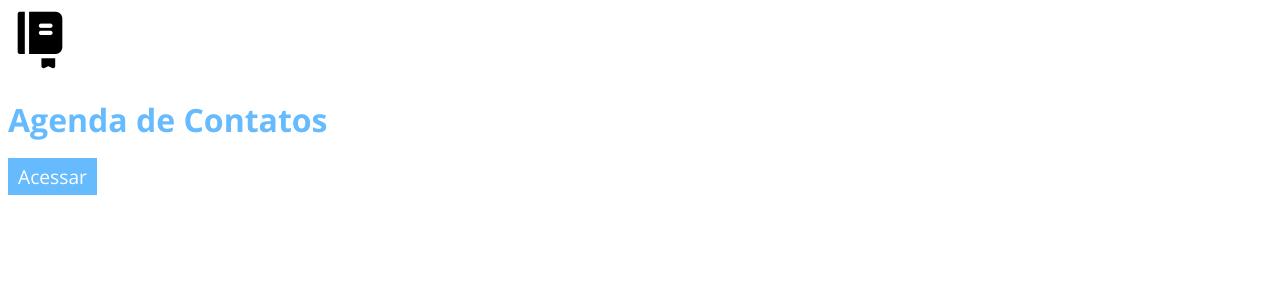
Repository: evanalves/Agenda-JDBC
Page: http://localhost/agenda/
An editor plug-in stored every save of this project. The page is shown before and after the next save, followed by the edit.
The browser window is 1280 px wide. The pictures show the whole page.
The page is served by Tomcat 10.

Above is the page before, as saved 2023-08-18 02:18:13.

After the next save:
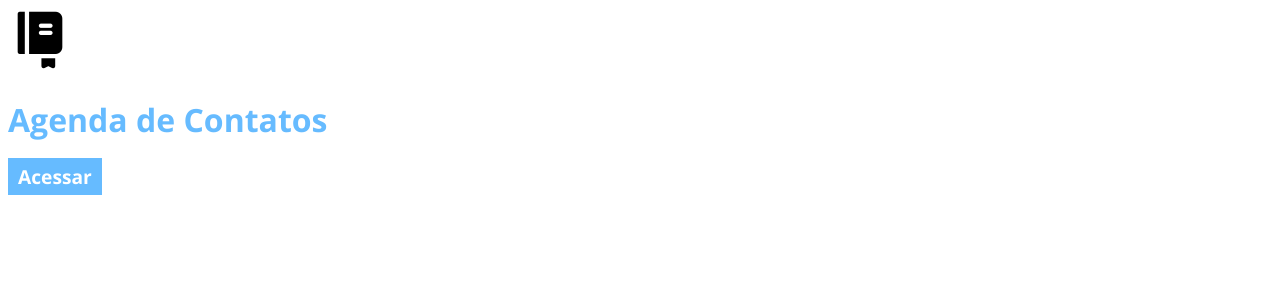
Saved 14 s later.
--- a/agenda/src/main/webapp/style.css
+++ b/agenda/src/main/webapp/style.css
@@ -19,4 +19,5 @@ h1{
 	padding: 5px 10px 5px 10px;
 	color: #fff;
 	font-size: 1.2em;
+	font-weight: 700;
 }
